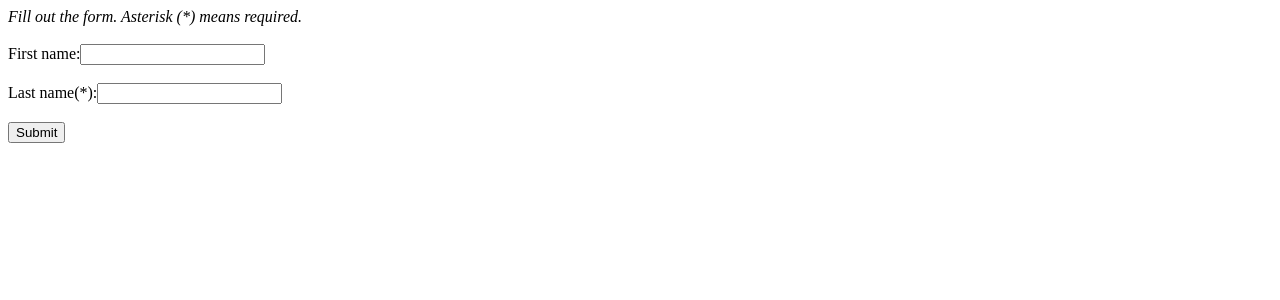
Repository: shravankumarsingh91/mydemoproject
Page: http://localhost/spring-mvc-demo/customer/showForm
The author's editor kept a copy of each file at every save. The page is drawn from the files as they stood at one save, then again after the next save.
The browser window is 1280 px wide. The pictures show the whole page.
The page is served by Tomcat 9. Other server files are loaded and not shown.

Above is the page before, as saved 2019-09-19 19:24:11.

### spring-mvc-demo/WebContent/WEB-INF/view/customer-form.jsp
<%@ taglib prefix="form" uri="http://www.springframework.org/tags/form"%>

<html>

<head>

<title>Customer Registration Form</title>

<style>

.error {
	color: red
}

</style>

</head>

<body>


	<i> Fill out the form. Asterisk (*) means required. </i>

	<br><br>


	<form:form action="processForm" modelAttribute="customer">

 First name:<form:input path="firstName" />

		<br>
		<br>

 Last name(*):<form:input path="lastName" />

		<form:errors path="lastName" cssClass="error" />

		<br>
		<br>
		<input type="submit" value="Submit" />
	</form:form>

</body>



</html>

After the next save:
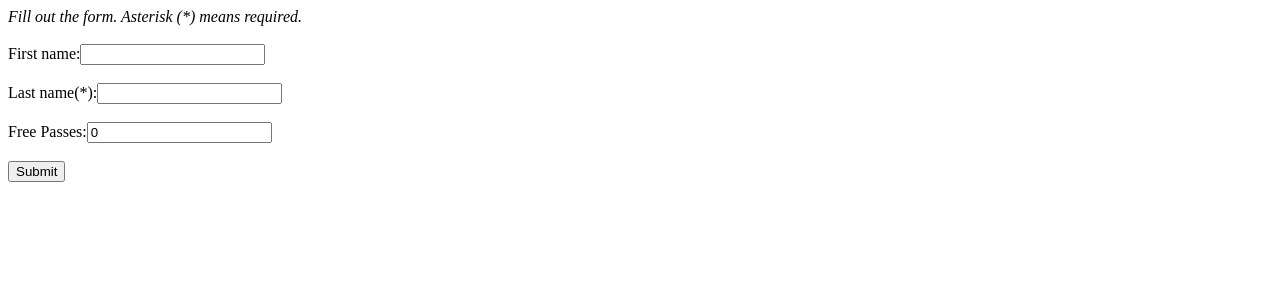
Saved 78 s later.
--- a/spring-mvc-demo/WebContent/WEB-INF/view/customer-form.jsp
+++ b/spring-mvc-demo/WebContent/WEB-INF/view/customer-form.jsp
@@ -7,11 +7,9 @@
 <title>Customer Registration Form</title>
 
 <style>
-
 .error {
 	color: red
 }
-
 </style>
 
 </head>
@@ -21,7 +19,8 @@
 
 	<i> Fill out the form. Asterisk (*) means required. </i>
 
-	<br><br>
+	<br>
+	<br>
 
 
 	<form:form action="processForm" modelAttribute="customer">
@@ -37,6 +36,11 @@
 
 		<br>
 		<br>
+Free Passes:<form:input path="freePasses" />
+
+		<form:errors path="lastName" cssClass="error" />
+		<br>
+		<br>
 		<input type="submit" value="Submit" />
 	</form:form>
 
